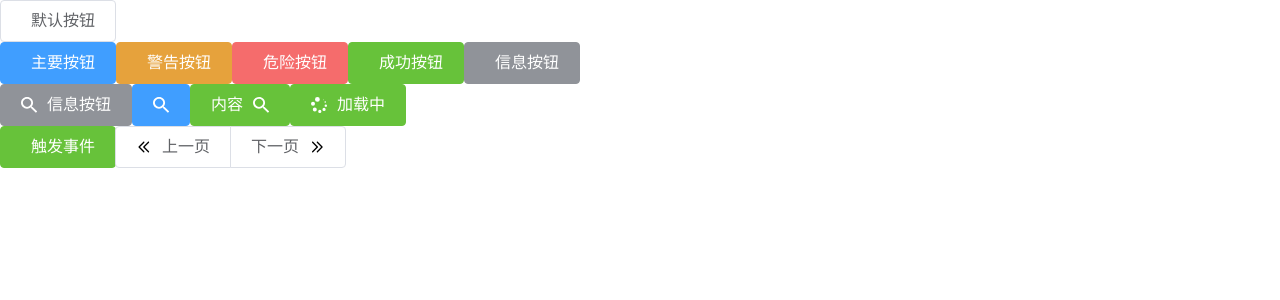
Repository: onlyadaydreamer/dreamer-ui
Page: /
These files come from the project's save history. The page is drawn as it stood at one moment and after the next save; the edit follows.
The browser window is 1280 px wide. The pictures show the whole page.
The project was rebuilt for these pictures with package versions that can differ from the ones it lists, and the page was loaded fresh each time. Also part of the build but not shown: src/styles/icon.js, src/packages/index.js.

Above is the page before, as saved 2020-05-14 09:30:18.

After the next save:
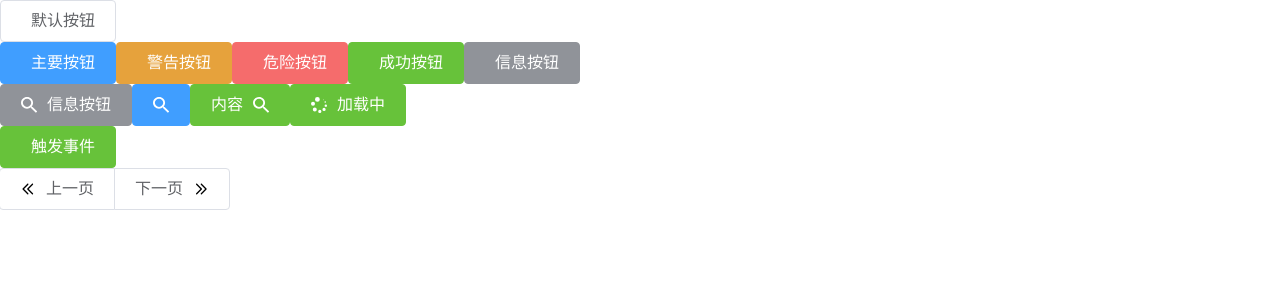
Saved 29 s later.
--- a/src/App.vue
+++ b/src/App.vue
@@ -19,6 +19,7 @@
         <br />
         <!-- 触发事件 -->
         <dreamer-button type="success" @click="fn">触发事件</dreamer-button>
+        <br>
         <!-- 分组按钮 -->
         <dreamer-button-group>
             <dreamer-button type="" icon="icon_paging_left" icon-position="left">上一页</dreamer-button>
